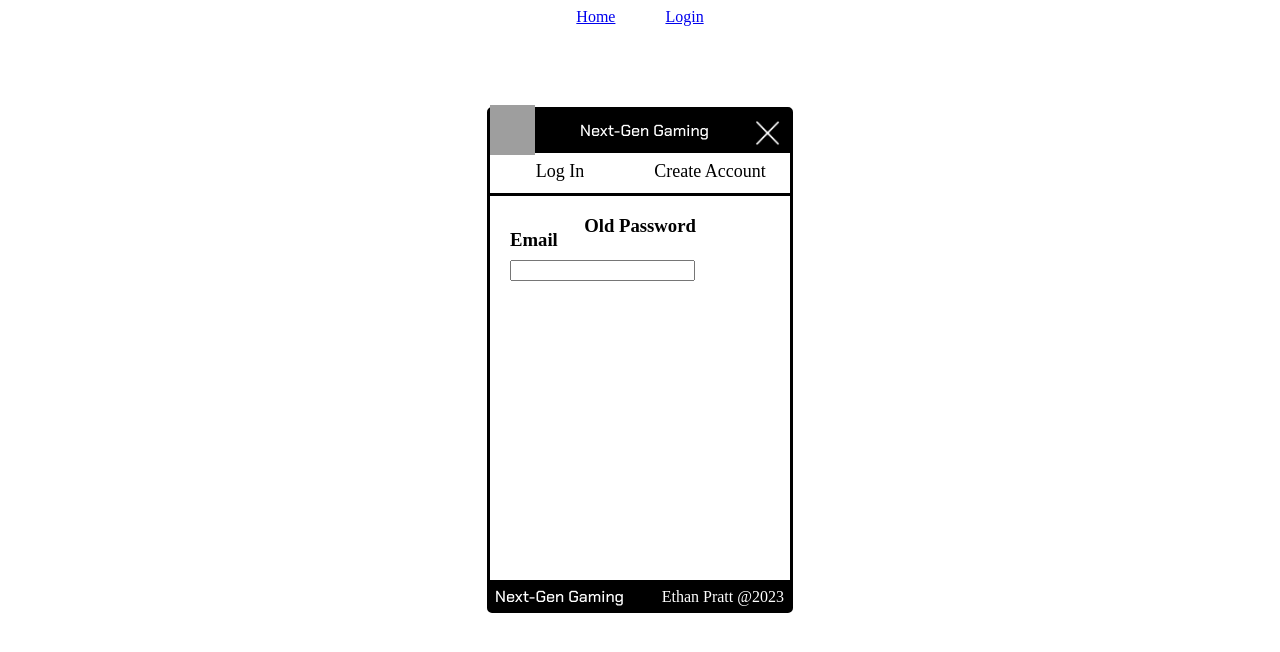
Repository: ghend99/login-page
Page: /change
These files come from the project's save history. The page is drawn as it stood at one moment and after the next save; the edit follows.
The browser window is 1280 px wide. The pictures show the whole page.
Pictures or frames that could not be fetched are drawn as grey boxes. The project was rebuilt for these pictures with package versions that can differ from the ones it lists, and the page was loaded fresh each time. Also part of the build but not shown: src/css/Create2.css, src/pages/Home.tsx, src/config/firebase.ts, src/pages/Login.tsx, src/css/Create.css, src/pages/Create.tsx, src/pages/Create2.tsx.

Above is the page before, as saved 2023-02-15 14:38:25.

After the next save:
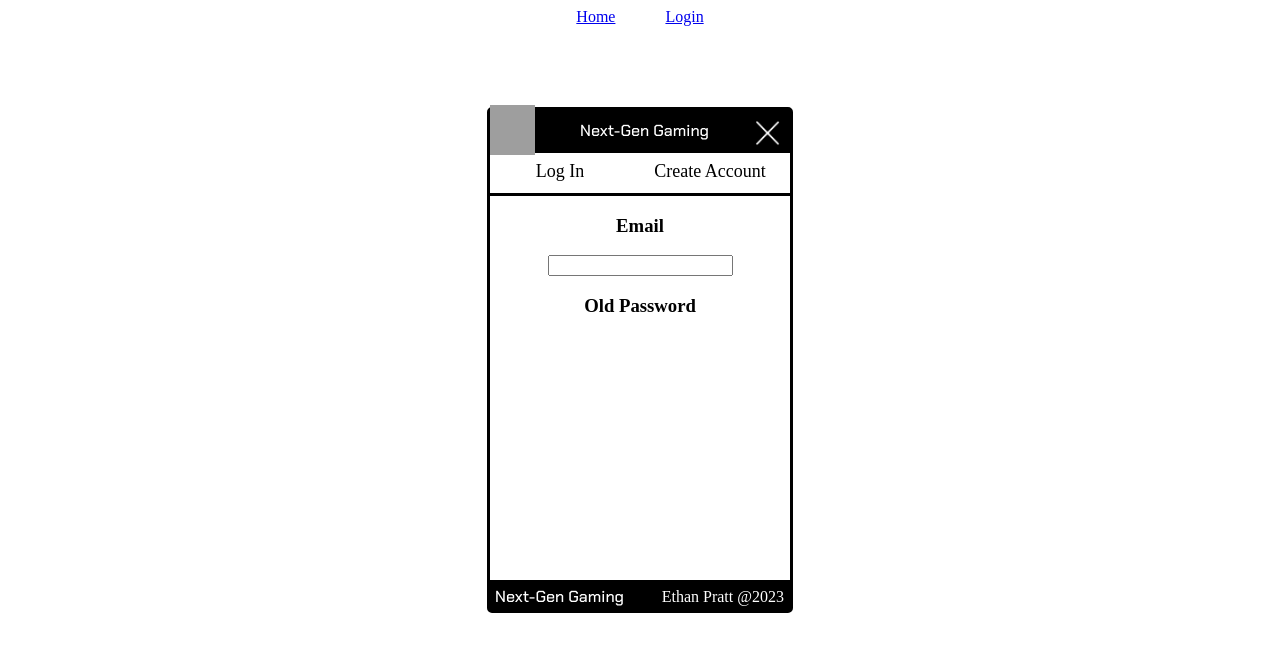
Saved 3 min 10 s later.
--- a/src/pages/Change.tsx
+++ b/src/pages/Change.tsx
@@ -9,8 +9,8 @@ export const Change = () => {
       <Header />
       <MainLink />
       <main>
-        <h3 className="change-email--title">Email</h3>
-        <input className="change-email--input" />
+        <h3 className="change-title--email">Email</h3>
+        <input className="change-input--email" />
         <h3>Old Password</h3>
       </main>
       <Footer />

After the save that followed:
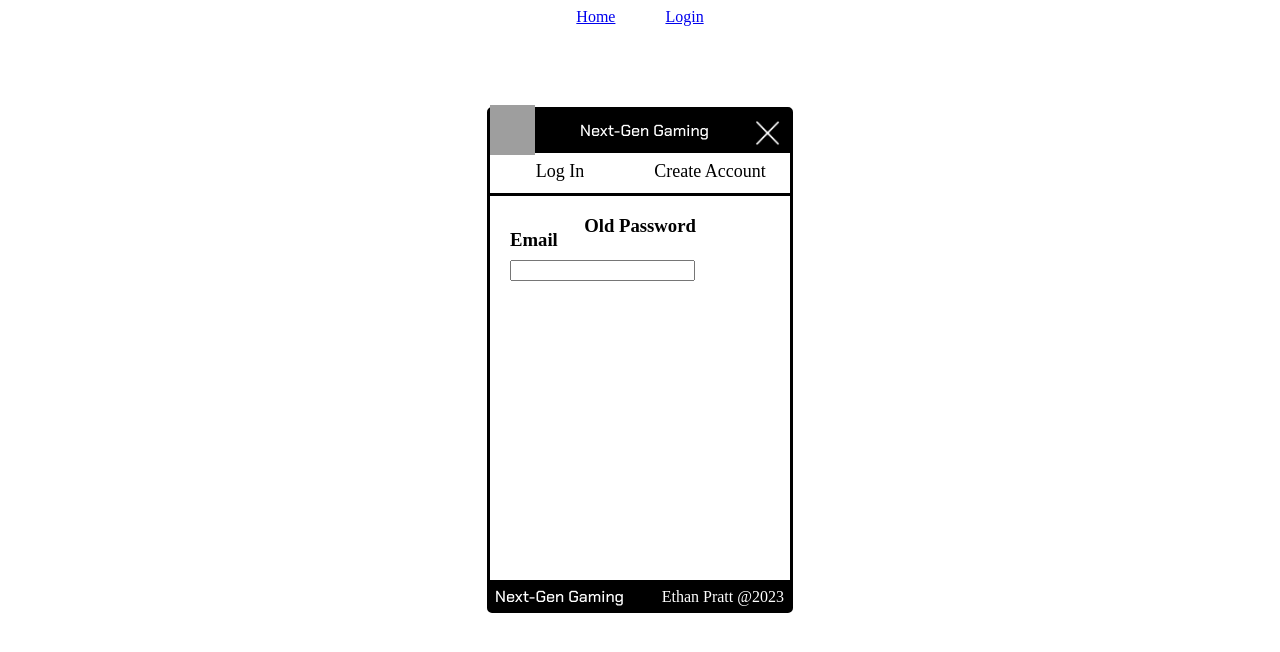
Saved 17 s later.
--- a/src/css/Change.css
+++ b/src/css/Change.css
@@ -12,14 +12,14 @@
   min-width: none;
 }
 
-.change-email--title {
+.change-title--email {
   position: absolute;
   display: flex;
   top: 100px;
   left: 20px;
 }
 
-.change-email--input {
+.change-input--email {
   position: absolute;
   display: flex;
   top: 150px;
